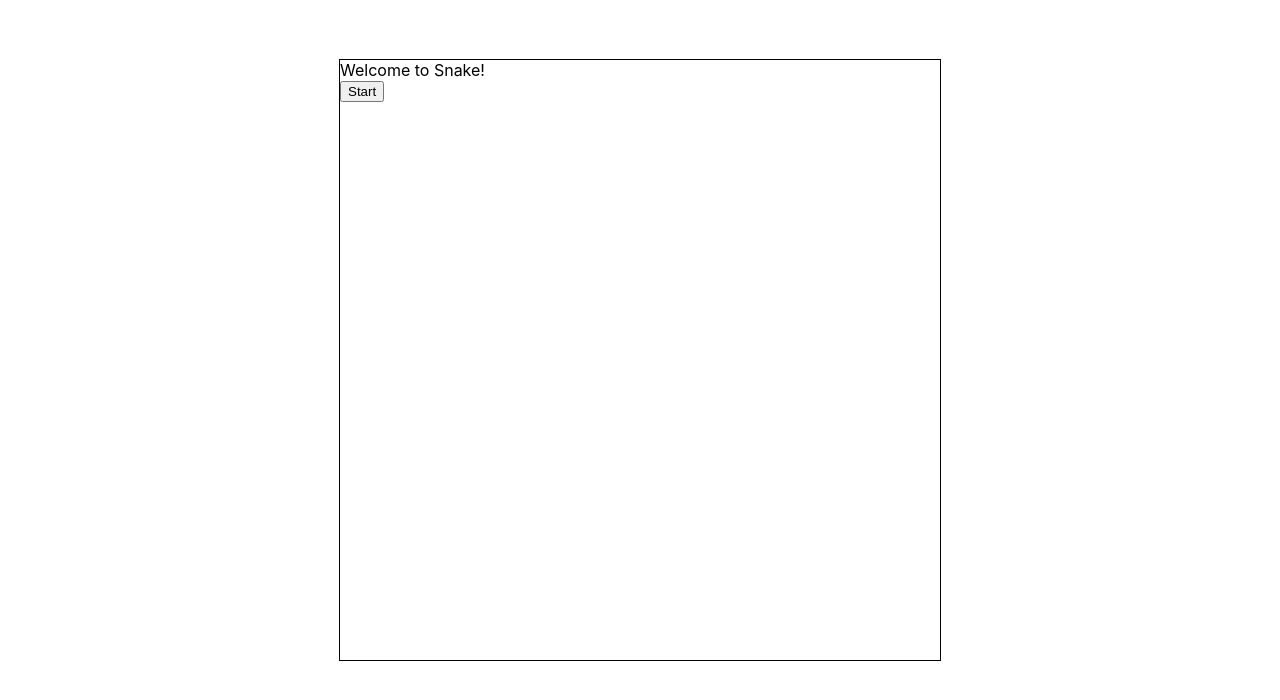
Repository: meills/react-snake
Page: /
These files come from the project's save history. The page is drawn as it stood at one moment and after the next save; the edit follows.
The browser window is 1280 px wide. The pictures show the whole page.
The project was rebuilt for these pictures with package versions that can differ from the ones it lists, and the page was loaded fresh each time. Also part of the build but not shown: src/components/Snakeboard.js, src/styles/App.css.

Above is the page before, as saved 2020-06-15 13:26:01.

### src/App.js
import React from 'react';
import Snakeboard from './components/Snakeboard.js';
import Welcome from './components/Welcome.js';
import GameOver from './components/Welcome.js';
import './styles/App.css';
import './styles/snakeboard.css';

const GRID_SIZE = 30;
const TICK_TIME = 100;

class App extends React.Component {
  state = {
    rows: GRID_SIZE,
    cols: GRID_SIZE,
    grid: [],
    food: {},
    snake: {
        head: {},
        tail: [],
    },
    currDir: 'left',
    tickTime: TICK_TIME,
    gameStart: false,
    gameOver: false,
  }


  render() {

    if (this.state.gameStart) {
      return (<div className="snake-container">
                <Snakeboard />
              </div>);
    }

    if (!this.state.gameStart) {
      return (<div className="snake-container">
                <Welcome />
              </div>);
    }

    if (this.state.gameOver) {

    }


  }

}

export default App;

### src/components/Welcome.js
import React from 'react';
import WelcomeMessage from './WelcomeMessage.js'
import StartButton from './StartButton.js'

function Welcome() {
    return(<div className='welcome'>
                <WelcomeMessage />
                <StartButton />
           </div>);
}

export default Welcome;

### src/styles/snakeboard.css
.snake-container {
    width: 100vw;
    height: 100vh;
    display: flex;
    align-items: center;
    justify-content: center;
}

.welcome {
    outline: 1px solid black;
    width: 600px;
    height: 600px;
}

.welcome-message {
    margin: auto;
}

.start-btn {
    margin: auto;
}

.grid {
    outline: 1px solid black;
    width: 600px;
    height: 600px;
    margin: auto;
    display: flex;
    flex-direction: row;
    flex-wrap: wrap;
}

.grid-item {
    width: 20px;
    height: 20px;
}

.is-food {
    background-color: red;
}


.snake-head {
    background-color: black;
}

.snake-tail {
    background-color: black;
}

### src/components/WelcomeMessage.js
import React from 'react';

function WelcomeMessage() {
    return(<div className='welcome-message'> Welcome to Snake!
           </div>);
}

export default WelcomeMessage;

### src/components/StartButton.js
import React from 'react';

function StartButton() {
    return(<div className='start-btn'><button type='button'>Start</button></div>);
}

export default StartButton;

Loaded but not shown: public/index.html (common file); src/index.js (common file); src/styles/index.css (common file); src/serviceWorker.js (common file)

After the next save:
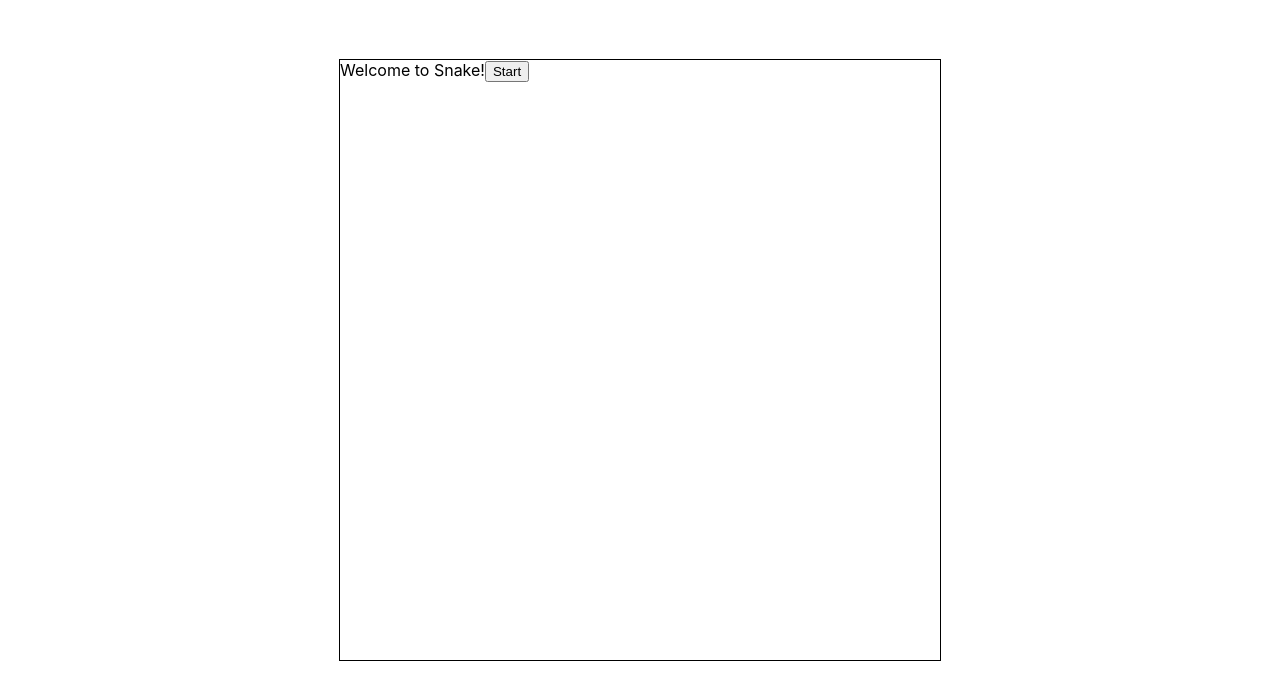
Saved 27 s later.
--- a/src/styles/snakeboard.css
+++ b/src/styles/snakeboard.css
@@ -14,10 +14,12 @@
 
 .welcome-message {
     margin: auto;
+    display: inline-block;
 }
 
 .start-btn {
     margin: auto;
+    display: inline-block;
 }
 
 .grid {
